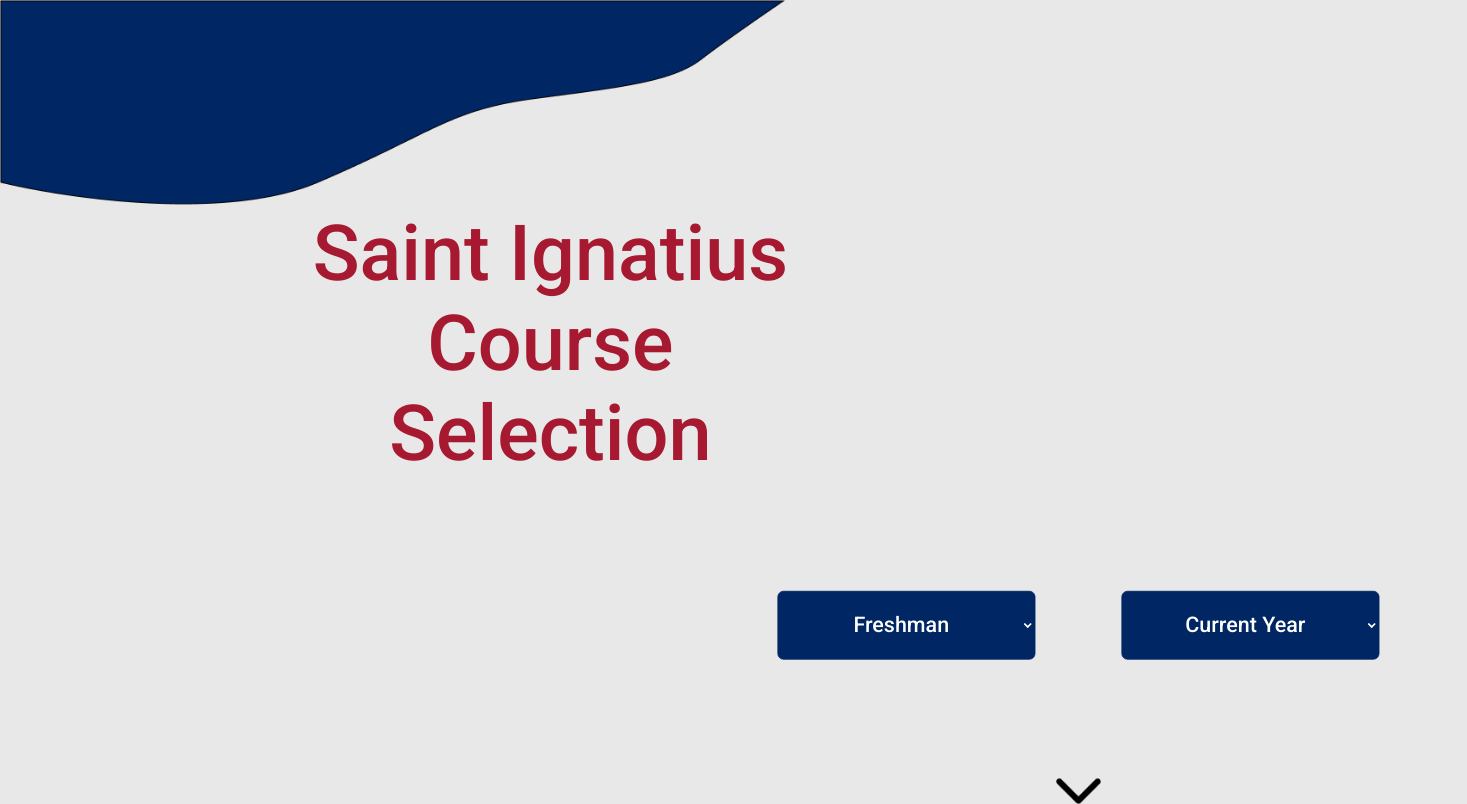
Repository: BuddyBob/si_course_selection
Page: /
An editor plug-in stored every save of this project. The page is shown before and after the next save, followed by the edit.
The browser window is 1280 px wide. The page is 1706 px wide, then 1386 px, so the pictures cover 1706 px, including what lies to the right of the window. The pictures show the whole page, at 86% of full size.
The project was rebuilt for these pictures with package versions that can differ from the ones it lists, and the page was loaded fresh each time. Also part of the build but not shown: src/components/AllYears/YearOne.js, src/components/AllYears/YearTwo.js.

Above is the page before, as saved 2023-01-03 19:08:55.

### public/index.html
<!DOCTYPE html>
<html lang="en">
  <head>
    <meta charset="utf-8" />
    <link rel="icon" href="%PUBLIC_URL%/favicon.ico" />
    <meta name="viewport" content="width=device-width, initial-scale=1" />
    <meta name="theme-color" content="#000000" />
    <meta
      name="description"
      content="Web site created using create-react-app"
    />
    <link rel="apple-touch-icon" href="%PUBLIC_URL%/logo192.png" />
    <link rel="manifest" href="%PUBLIC_URL%/manifest.json" />

    <link rel="preconnect" href="https://fonts.googleapis.com">
    <link rel="preconnect" href="https://fonts.gstatic.com" crossorigin>
    <link href="https://fonts.googleapis.com/css2?family=Open+Sans:wght@300;400&family=Roboto:wght@500&display=swap" rel="stylesheet">
    <title>React App</title>
  </head>
  <body>
    <noscript>You need to enable JavaScript to run this app.</noscript>
    <div id="root"></div>

  </body>
</html>

### src/index.js
import App from './App';
import React from 'react';
import ReactDOM from 'react-dom';
import { HashRouter as Router } from 'react-router-dom';

ReactDOM.render(<Router>< App /></Router>, document.getElementById("root"));

### src/App.js
import './index.css'

import {
    Route,
    Routes,
} from "react-router-dom";

import Home from "./Home";
import YearOne from "./components/AllYears/YearOne";
import YearTwo from "./components/AllYears/YearTwo";

export default function App() {
    return (
          <Routes>
            <Route  exact path='/' element={<Home/>} />
            <Route  exact path='/yearOne' element={<YearOne/>} />
            <Route  exact path='/yearTwo' element={<YearTwo/>} />
          </Routes>
    );
  }

### src/index.css
:root {
  --background:#e8e8e8;
  --main:#002664;
  --secondary:#A61930;
  --highlight:#2D2D2D;
  --text:#2D2D2D;
}

*{
  padding: 0;
  margin: 0;
  box-sizing: border-box;
  cursor: default;
  font-family: 'Open Sans', sans-serif;
  font-family: 'Roboto', sans-serif;
}

body{
  background: var(--background);
  overflow-x: hidden;
}


.main-container{
  display: flex;
  flex-direction: column;
  justify-content: center;
  align-items: center;
  padding: 0px;
  gap: 80px;
}

.title{
  font-style: normal;
  font-size: 90px;
  color: var(--secondary);
  font-weight: 450;
  /* center text to page; */
  margin: auto;
  width: 50%;
  text-align: center;

}


select {
  border: #002664 1px solid;
  border-radius: 7px;
  background: #002664;
  width: 300px;
  height: 80px;/*Width of select dropdown to give space for arrow image*/
  color: #FFF;
  text-align: center;
  font-size: 25px;
  font-weight: 20px;
  margin: 50px;
}

.pg1dd {
  justify-content: center;
  align-items: center;
  position: relative;
}

@media screen and (min-width: 375px) {

  /* center pg1dd   */
  .pg1dd {
    left:50%
  }

}

.arrow1{
  justify-content: center;
  align-items: center;
  position: relative;
  right: 50%;
  top:200px;
}


.arrow1:hover{
  animation: arrow1 1s infinite;
  color: var(--secondary);
  cursor: pointer;
}

.bounce {
  animation: bounce 3s infinite;
}

@keyframes bounce {
  0%, 20%, 50%, 80%, 100% {
      -moz-transform: translateY(0);
      -ms-transform: translateY(0);
      -webkit-transform: translateY(0);
      transform: translateY(0);
    }
    40% {
      -moz-transform: translateY(-10px);
      -ms-transform: translateY(-10px);
      -webkit-transform: translateY(-10px);
      transform: translateY(-10px);
    }
    40% {
      -moz-transform: translateY(-30px);
      -ms-transform: translateY(-30px);
      -webkit-transform: translateY(-30px);
      transform: translateY(-30px);
    }
    60% {
      -moz-transform: translateY(-15px);
      -ms-transform: translateY(-15px);
      -webkit-transform: translateY(-15px);
      transform: translateY(-15px);
    }
}

### src/Home.js
import React from 'react'
import arrow from './assets/Arrow 5.png'
import getLocalStorage from './getLocalStorage';
import { useNavigate } from "react-router-dom";
import vector1 from './assets/Vector 1.png'

function Home() {
  let navigate = useNavigate();
  function formSubmit(e){
    //set up local storage for grade and year inputs
    getLocalStorage()
    e.preventDefault();
    console.log("option changed")
    console.log(e.target.elements[0].value, e.target.elements[1].value)
    localStorage.setItem("grade", e.target.elements[0].value);
    localStorage.setItem("year", e.target.elements[1].value);
    navigate("/yearone");
  }
  return (
    <div>
      <input type="image" src={vector1} alt="vector" className="vector1" />
      <div className="main-container">
        <h1 className="title">Saint Ignatius Course Selection</h1>
        <form className="pg1dd" onSubmit={(e) => formSubmit(e)}>
            <select className="grade">
                <option>Freshman</option>
                <option>Sophomore </option>
                <option>Junior</option>
                <option>Senior</option>
            </select>

            <select className="years">
                <option>Current Year</option>
                <option>All Years</option>
            </select>
            <input type="image" src={arrow} alt="arrow1" className="arrow1 bounce" />
        </form>



      </div>
    </div>
  )
}

export default Home

### src/getLocalStorage.js
import React from 'react'

export default function getLocalStorage() {
    //create local storage containing variables for "grade" and "year"
    localStorage.setItem("grade", "None");
    localStorage.setItem("year", "None");

    let allYears = {
        "Freshman": {
            "Freshman":{"Math":"false", "English": "false"},
            "Sophomore":{"Math":"false", "English": "false"},
            "Junior":{"Math":"false", "English": "false"},
            "Senior":{"Math":"false", "English": "false"}
        }
    }
    localStorage.setItem("allYears", JSON.stringify(allYears));

}

### src/components/AllYears/allYears.css
:root {
    --background:#e8e8e8;
    --main:#002664;
    --secondary:#A61930;
    --highlight:#2D2D2D;
    --text:#2D2D2D;
  }
.titleCourseSelect{
    font-style: normal;
    font-size: 70px;
    font-weight: 400;
    color: var(--secondary);

    /* center text to page; */
    margin: auto;
    width: 30%;
    text-align: center;

    position: relative;
    top: 100px;


}

.headerCourseSelect{
    font-style: normal;
    font-size: 50px;
    font-weight: 400px;
    color: var(--highlight);


    position: absolute;
    top: 50%;
    right:72%;
    width:45%;
    /* flip vertically */
    transform: rotate(-90deg);
}
.courseSelect{
    position: relative;
    top: 200px;
    margin: auto;
    text-align: center;
}
.subject{
    color: var(--text);
    margin: auto;
    text-align: center;
    font-size: 50px;
    font-weight:200;
    padding-top: 20px;

  }

  .courses{
    position: relative;
    margin-bottom: 100px;
    margin-top:25px;

  }

.course_btn{
    border: #002664 0px solid;
    border-radius: 7px;
    background: #002664;
    width: 300px;
    height: 65px;/*Width of select dropdown to give space for arrow image*/
    color: #FFF;
    text-align: center;
    font-size: 20px;
    font-weight: 30px;
    margin: 25px;
}

.course_btn:hover{
    background: var(--secondary);
    color: #FFF;
    cursor: pointer;
}

.course_btn_selected{
  background: #A61930;
  color: #FFF;
  cursor: pointer;
}

.arrow2{
  justify-content: center;
  align-items: center;
  position: relative;
  top: 0px;
  right: 0%;
  margin-bottom:100px;
}


.arrow2:hover{
  animation: arrow1 1s infinite;
  color: var(--secondary);
  cursor: pointer;
}

.bounce2 {
  animation: bounce 3s infinite;
}

@keyframes bounce2 {
  0%, 20%, 50%, 80%, 100% {
      -moz-transform: translateY(0);
      -ms-transform: translateY(0);
      -webkit-transform: translateY(0);
      transform: translateY(0);
    }
    40% {
      -moz-transform: translateY(-10px);
      -ms-transform: translateY(-10px);
      -webkit-transform: translateY(-10px);
      transform: translateY(-10px);
    }
    40% {
      -moz-transform: translateY(-30px);
      -ms-transform: translateY(-30px);
      -webkit-transform: translateY(-30px);
      transform: translateY(-30px);
    }
    60% {
      -moz-transform: translateY(-15px);
      -ms-transform: translateY(-15px);
      -webkit-transform: translateY(-15px);
      transform: translateY(-15px);
    }
}

After the next save:
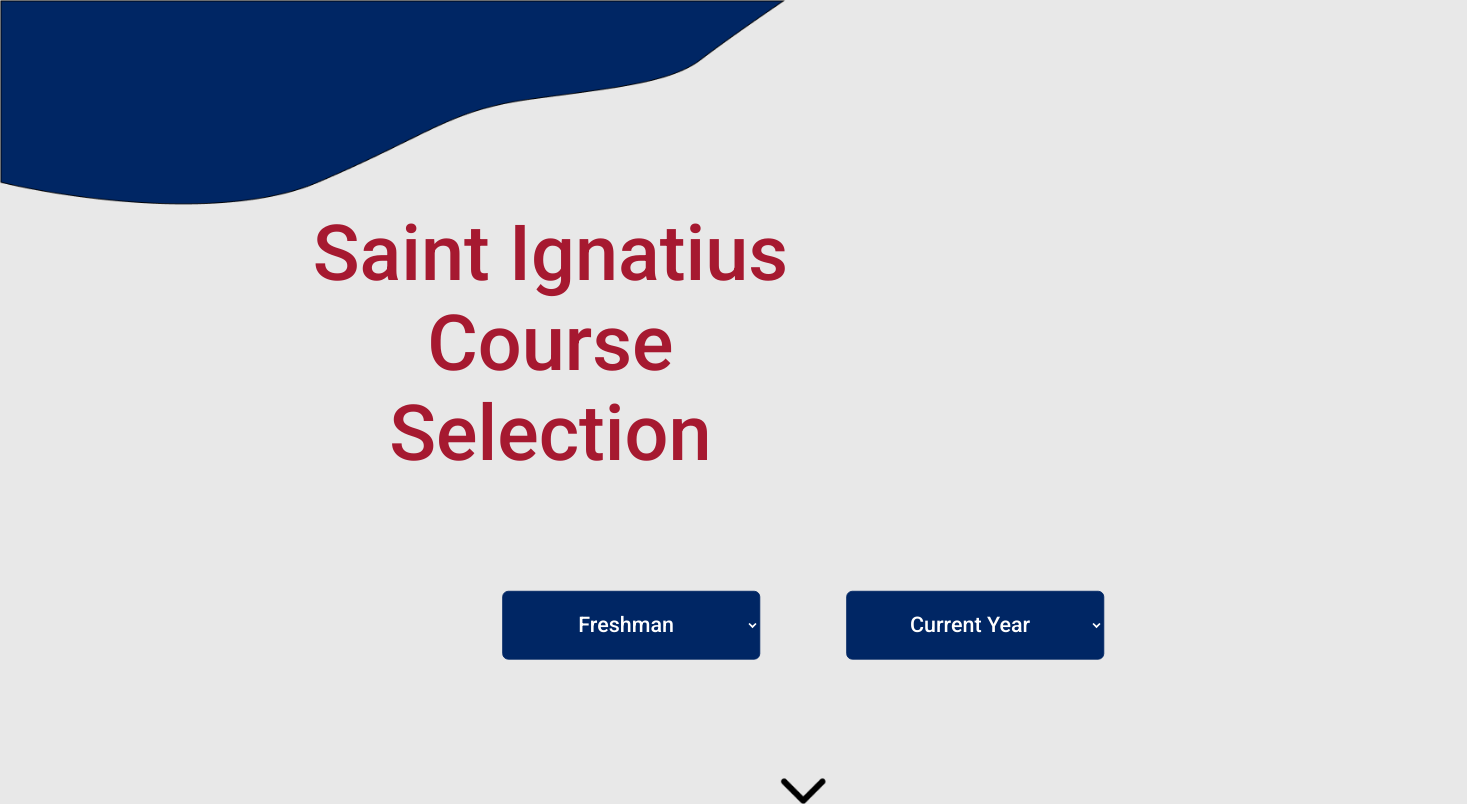
Saved 4 s later.
--- a/src/index.css
+++ b/src/index.css
@@ -66,7 +66,7 @@
 
   /* center pg1dd   */
   .pg1dd {
-    left:50%
+    left:25%
   }
 
 }
